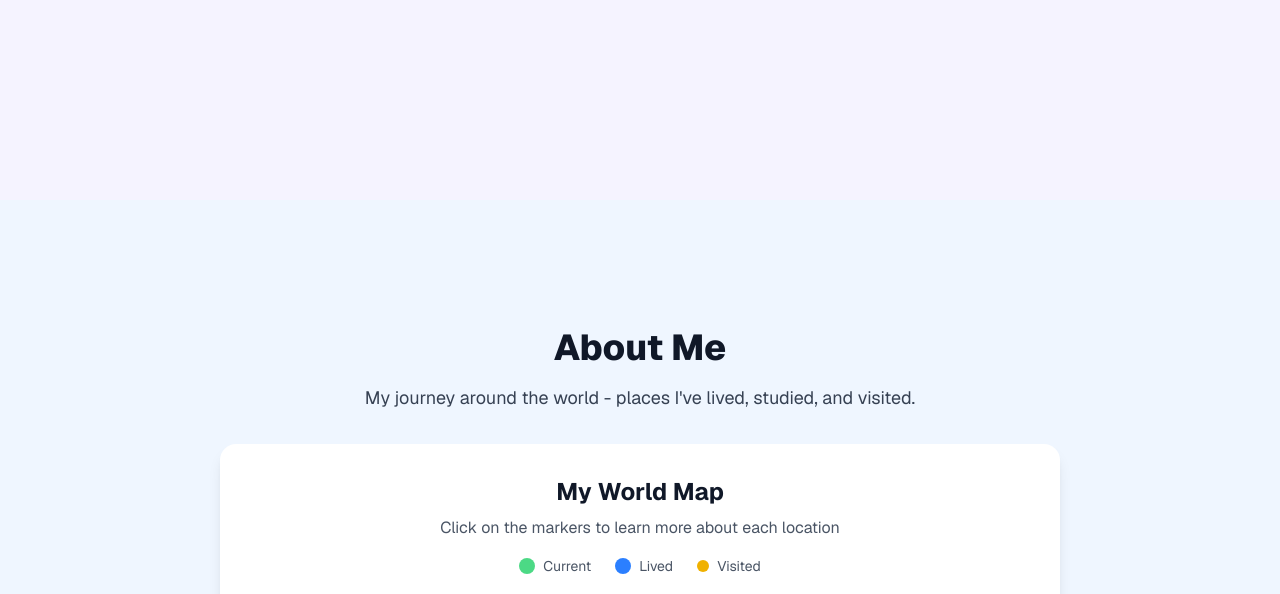
Repository: winniewyl/personal-portfolio
Page: /
These files come from the project's save history. The page is drawn as it stood at one moment and after the next save; the edit follows.
The browser window is 1280 px wide. The pictures show the part of the page from y = 601 to 1195 px (the page is 4395 px tall before and 4857 px after).
Pictures or frames that could not be fetched are drawn as grey boxes. The project was rebuilt for these pictures with package versions that can differ from the ones it lists, and the page was loaded fresh each time. The framework's server and built-in components were replaced by stand-ins that run in the browser. Also part of the build but not shown: next.config.ts.

Above is the page before, as saved 2025-07-29 19:10:11.

After the next save:
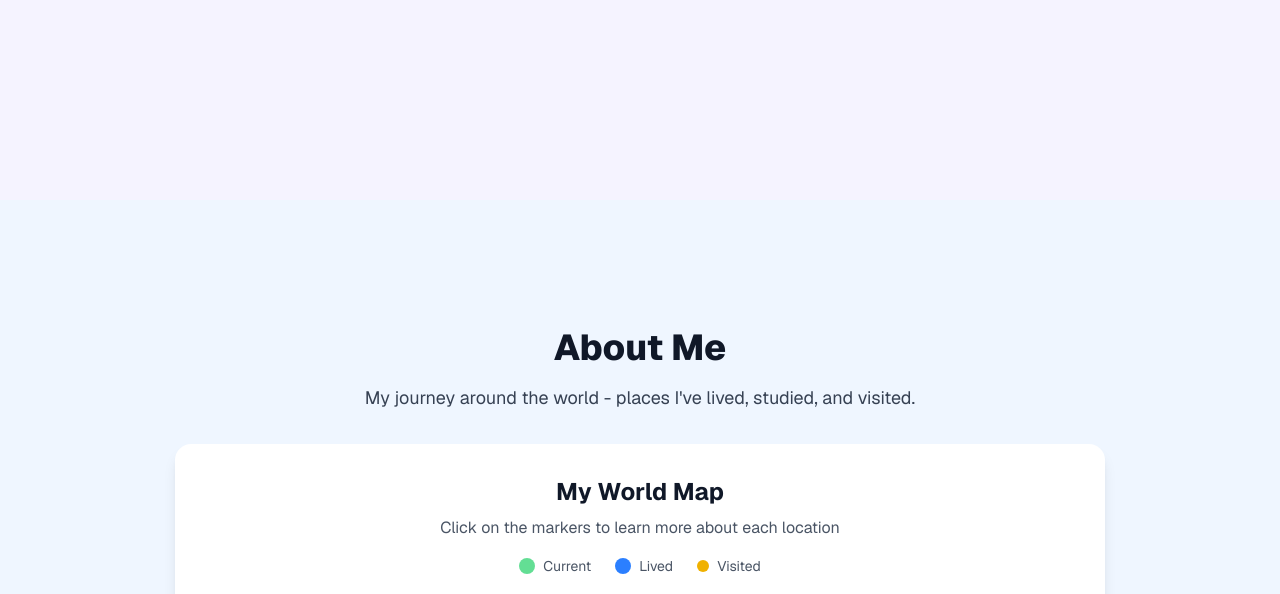
Saved 2 min 40 s later.
--- a/src/components/About.tsx
+++ b/src/components/About.tsx
@@ -27,22 +27,40 @@ interface TravelLocation {
 
 // You can add your visited countries and cities here
 const travelLocations: TravelLocation[] = [
-  // Example locations - replace with your actual travel history
+  // China - Lived
   {
     id: 'nanchang',
     name: 'Nanchang',
     country: 'China',
-    coordinates: [28.682, 115.8579],
+    coordinates: [28.6820, 115.8579],
     type: 'lived',
-    description: 'My hometown where I grew up',
-  },
+    description: 'My hometown where I grew up'
+  },
+  {
+    id: 'beijing',
+    name: 'Beijing',
+    country: 'China',
+    coordinates: [39.9042, 116.4074],
+    type: 'visited',
+    description: 'Capital city of China'
+  },
+  {
+    id: 'shanghai',
+    name: 'Shanghai',
+    country: 'China',
+    coordinates: [31.2304, 121.4737],
+    type: 'visited',
+    description: 'Major financial and cultural center'
+  },
+
+  // USA - Lived and Current
   {
     id: 'boston',
     name: 'Boston',
     country: 'USA',
     coordinates: [42.3601, -71.0589],
     type: 'lived',
-    description: 'Studied at Tufts University',
+    description: 'Studied at Tufts University'
   },
   {
     id: 'west-lafayette',
@@ -50,9 +68,70 @@ const travelLocations: TravelLocation[] = [
     country: 'USA',
     coordinates: [40.4237, -86.9212],
     type: 'current',
-    description: 'Currently studying at Purdue University',
-  },
-  // Add more locations as needed
+    description: 'Currently studying at Purdue University'
+  },
+  {
+    id: 'new-york',
+    name: 'New York',
+    country: 'USA',
+    coordinates: [40.7128, -74.0060],
+    type: 'visited',
+    description: 'The Big Apple - visited for tourism'
+  },
+  {
+    id: 'san-francisco',
+    name: 'San Francisco',
+    country: 'USA',
+    coordinates: [37.7749, -122.4194],
+    type: 'visited',
+    description: 'Tech hub and cultural center'
+  },
+
+  // Australia - Visited
+  {
+    id: 'sydney',
+    name: 'Sydney',
+    country: 'Australia',
+    coordinates: [-33.8688, 151.2093],
+    type: 'visited',
+    description: 'Beautiful harbor city and iconic Opera House'
+  },
+  {
+    id: 'melbourne',
+    name: 'Melbourne',
+    country: 'Australia',
+    coordinates: [-37.8136, 144.9631],
+    type: 'visited',
+    description: 'Cultural capital with great food scene'
+  },
+
+  // Sweden - Visited
+  {
+    id: 'stockholm',
+    name: 'Stockholm',
+    country: 'Sweden',
+    coordinates: [59.3293, 18.0686],
+    type: 'visited',
+    description: 'Beautiful Scandinavian capital with islands'
+  },
+
+  // France - Visited
+  {
+    id: 'paris',
+    name: 'Paris',
+    country: 'France',
+    coordinates: [48.8566, 2.3522],
+    type: 'visited',
+    description: 'City of Light - art, culture, and history'
+  },
+  {
+    id: 'nice',
+    name: 'Nice',
+    country: 'France',
+    coordinates: [43.7102, 7.2620],
+    type: 'visited',
+    description: 'Beautiful French Riviera city'
+  }
 ];
 
 const About: React.FC = () => {
